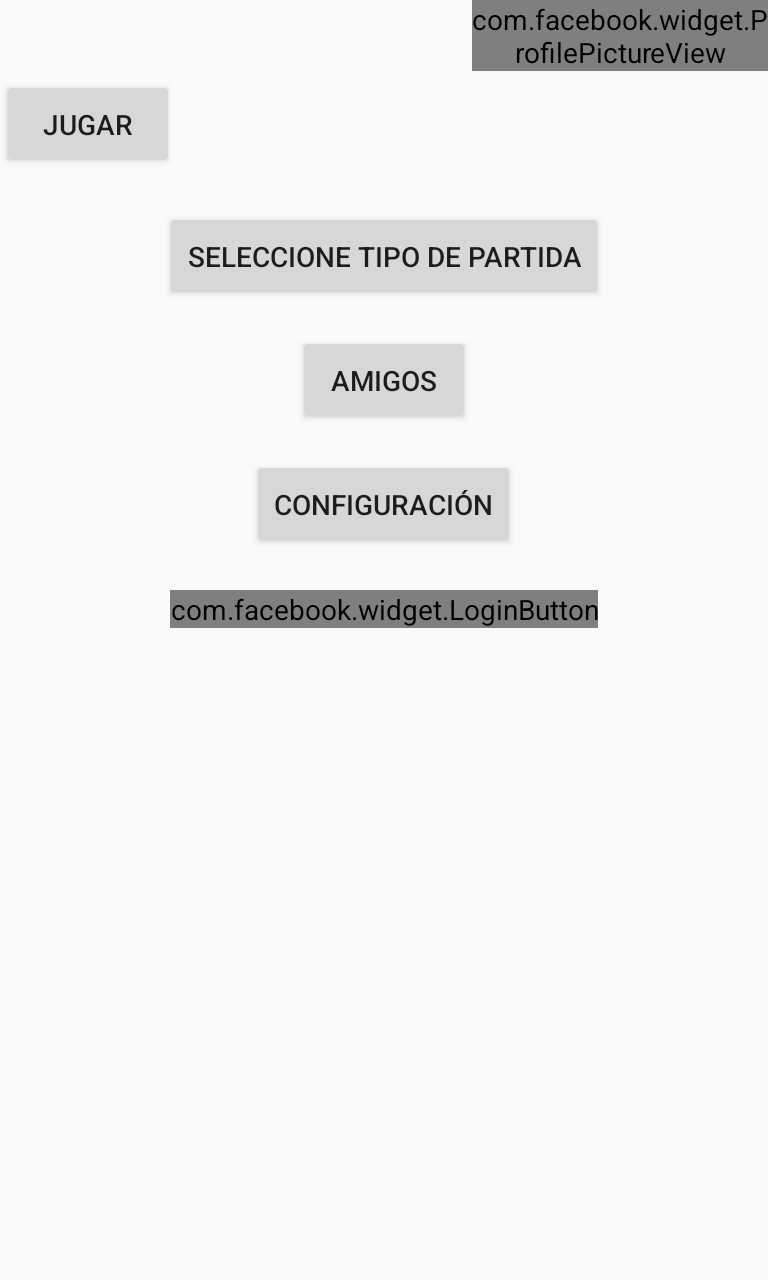
Repository: MVidi/juegos
Layout: SermoJuego/res/layout/pantallamenu.xml
The author's editor kept a copy of each file at every save. The layout is drawn from the files as they stood at one save, then again after the next save.
Pictures or frames that could not be fetched are drawn as grey boxes. It is drawn on a 768 x 1280 px phone screen (xhdpi) without system bars, with theme AppTheme; the app's code is not run.

Above is the layout before, as saved 2014-08-11 16:45:11.

After the next save:
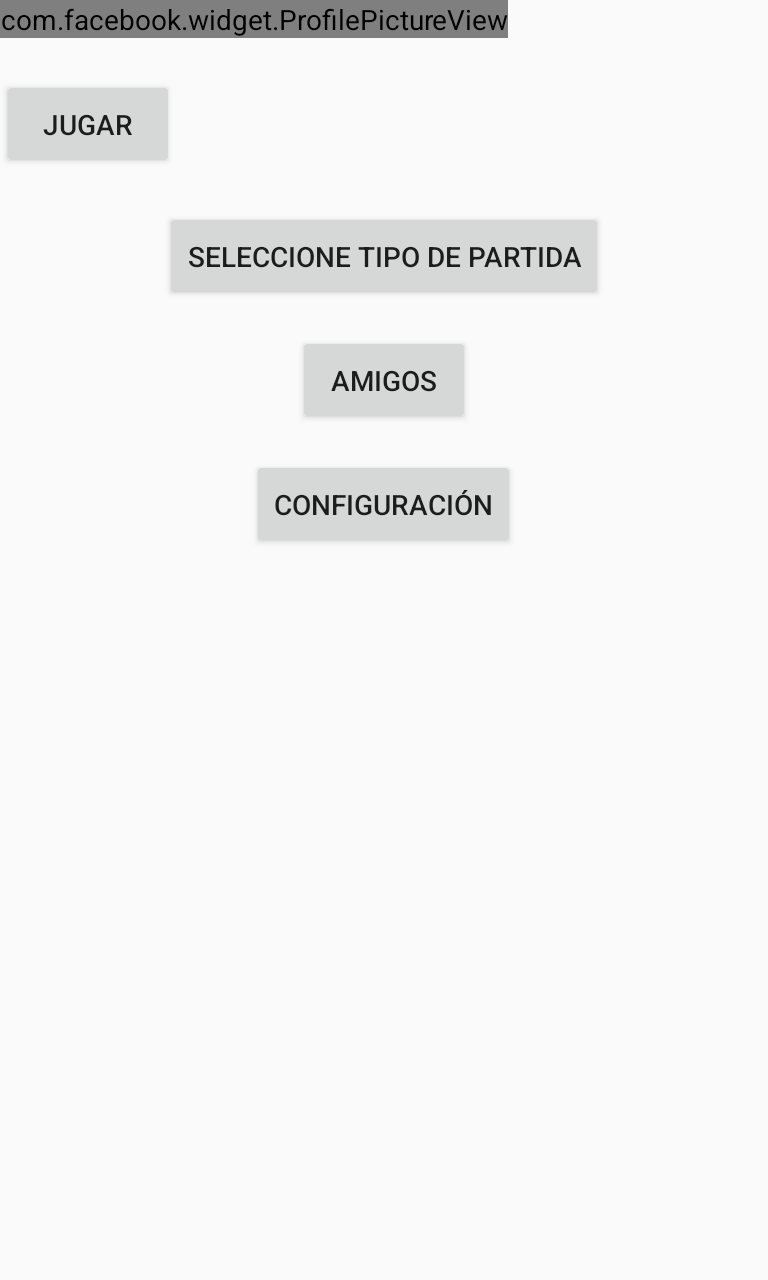
Saved 3 min 1 s later.
--- a/SermoJuego/res/layout/pantallamenu.xml
+++ b/SermoJuego/res/layout/pantallamenu.xml
@@ -4,6 +4,12 @@
     android:layout_width="match_parent"
     android:layout_height="match_parent"
     >
+
+    <com.facebook.widget.ProfilePictureView
+        android:id="@+id/profilePictureView1"
+        android:layout_width="wrap_content"
+        android:layout_height="wrap_content" >
+    </com.facebook.widget.ProfilePictureView>
 
     <Button
         android:id="@+id/configurarPM"
@@ -41,22 +47,19 @@
         android:onClick="empezarJuego"
         android:text="@string/jugar" />
 
-    <com.facebook.widget.ProfilePictureView
-        android:id="@+id/profilePictureView1"
+
+
+</RelativeLayout>
+ <LinearLayout
         android:layout_width="wrap_content"
         android:layout_height="wrap_content"
-        android:layout_alignParentTop="true"
-        android:layout_toRightOf="@+id/amigosPM" >
-    </com.facebook.widget.ProfilePictureView>
+        android:orientation="vertical" >
 
-    <com.facebook.widget.LoginButton
-        android:id="@+id/loginButton1"
-        android:layout_width="wrap_content"
-        android:layout_height="wrap_content"
-        android:layout_below="@+id/configurarPM"
-        android:layout_centerHorizontal="true"
-        android:layout_marginTop="19dp"
-        android:text="@string/registrate"
-    	fb:logout_text="Connecting with facebook" />
-
-</RelativeLayout>
+        <com.facebook.widget.LoginButton
+            android:id="@+id/loginButton1"
+            android:layout_width="wrap_content"
+            android:layout_height="wrap_content"
+            android:layout_marginTop="19dp"
+            android:text="@string/registrate"
+            fb:logout_text="Connecting with facebook" />
+    </LinearLayout>
